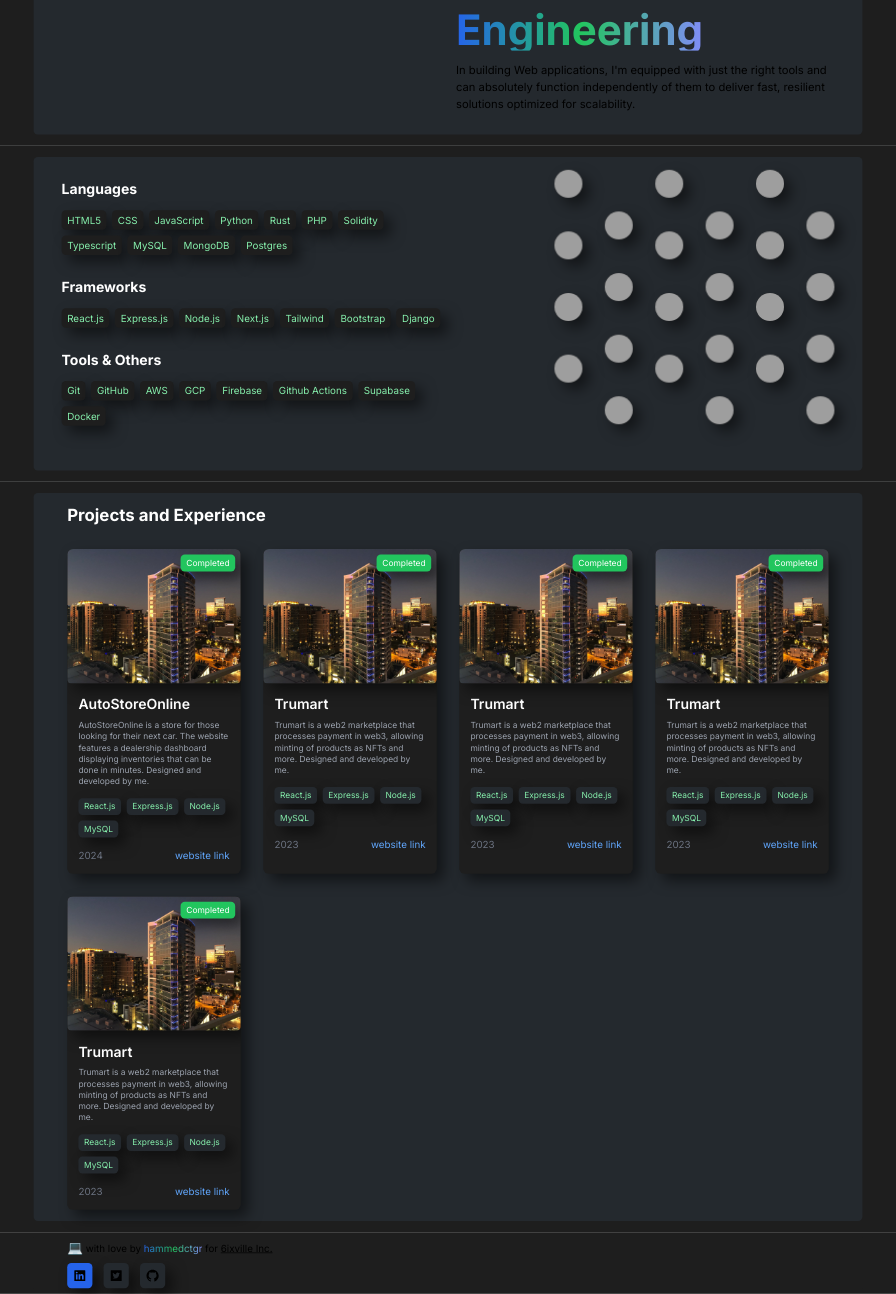
Repository: muhammedctgr/hammedctgr
Page: /
An editor plug-in stored every save of this project. The page is shown before and after the next save, followed by the edit.
The browser window is 1280 px wide. The pictures show the part of the page from y = 836 to 2756 px (the page is 2684 px tall before and 2756 px after), at 70% of full size.
Pictures or frames that could not be fetched are drawn as grey boxes. The project was rebuilt for these pictures with package versions that can differ from the ones it lists, and the page was loaded fresh each time. The framework's server and built-in components were replaced by stand-ins that run in the browser. Also part of the build but not shown: next.config.mjs.

Above is the page before, as saved 2024-08-13 19:38:01.

After the next save:
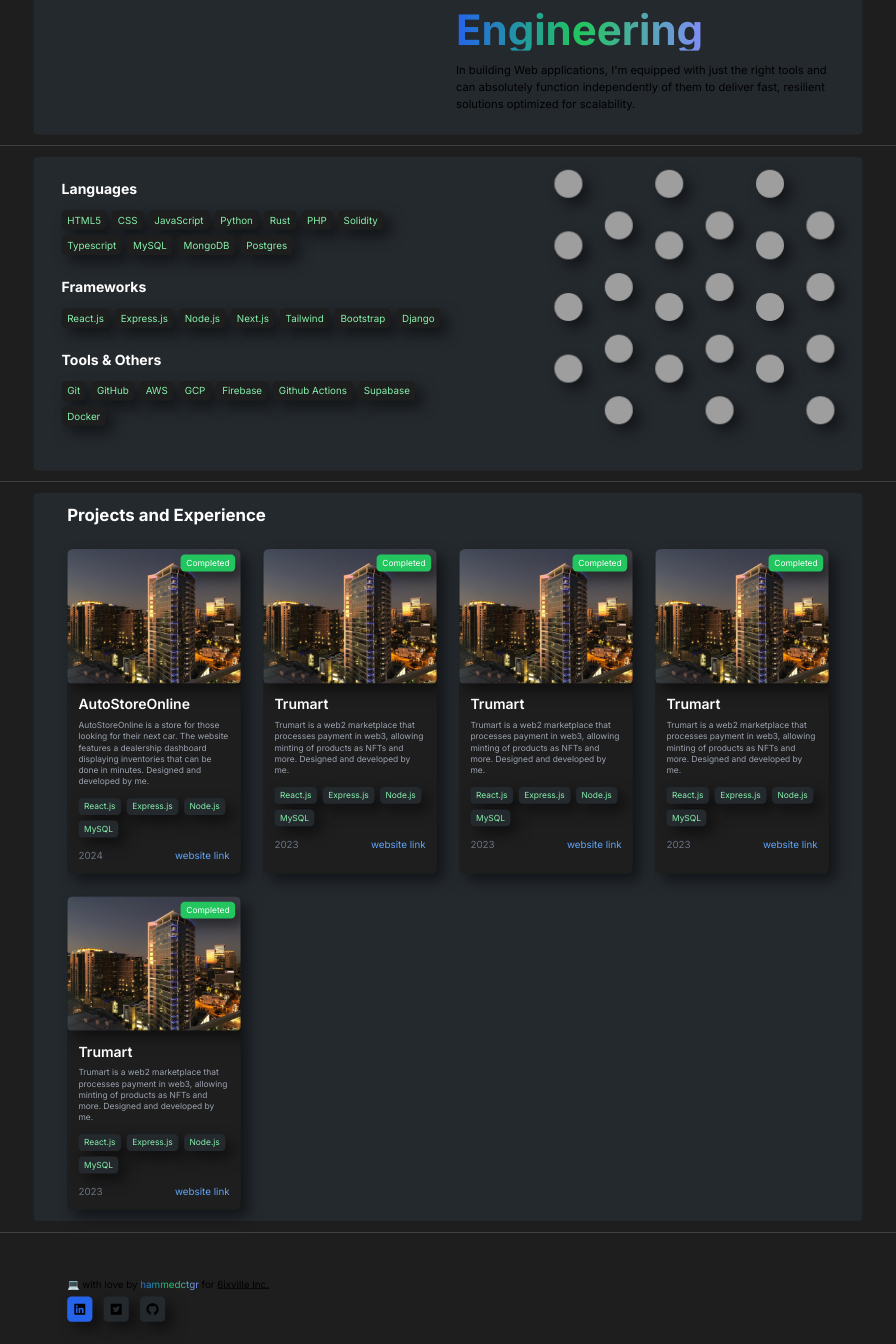
Saved 55 s later.
--- a/components/Footer.tsx
+++ b/components/Footer.tsx
@@ -2,10 +2,10 @@ import { AiFillLinkedin, AiFillGithub, AiFillTwitterSquare, AiFillX } from 'reac
 
 const Footer = () => {
     return (
-        <div className="bg-gptGray px-4 py-2 md:px-8 lg:px-12">
-            <div className='bg-gptGray px-4   md:px-12 text-sm'>
+        <div className="bg-gptGray px-4 py-4 md:pt-8 md:px-8 lg:px-12">
+            <div className='bg-gptGray px-4 py-4 md:pt-8 md:px-12 text-sm'>
             <p>
-            <span className='text-lg'>&#128187;</span> with love by <span className='bg-gradient-to-r from-blue-600 via-green-500 to-indigo-400 inline-block text-transparent bg-clip-text'>hammedctgr</span> for <a href="https://6ixville.github.io/" target="_blank" rel="noopener noreferrer" className='underline'>6ixville Inc.</a>
+            <span className='text'>&#128187;</span> with love by <span className='bg-gradient-to-r from-blue-600 via-green-500 to-indigo-400 inline-block text-transparent bg-clip-text'>hammedctgr</span> for <a href="https://6ixville.github.io/" target="_blank" rel="noopener noreferrer" className='underline'>6ixville Inc.</a>
             </p>
             <div className="">
             <div className="mt-2 flex justify-start space-x-4">
